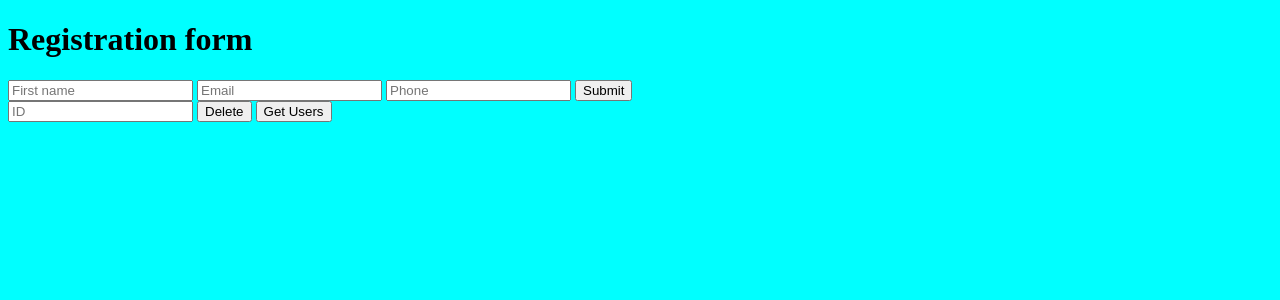
Repository: mediumrtp/CRUD
Page: index.html
The author's editor kept a copy of each file at every save. The page is drawn from the files as they stood at one save, then again after the next save.
The browser window is 1280 px wide. The pictures show the whole page.

Above is the page before, as saved 2022-11-21 11:04:56.
Console error: TypeError: Cannot read properties of null (reading 'addEventListener')

After the next save:
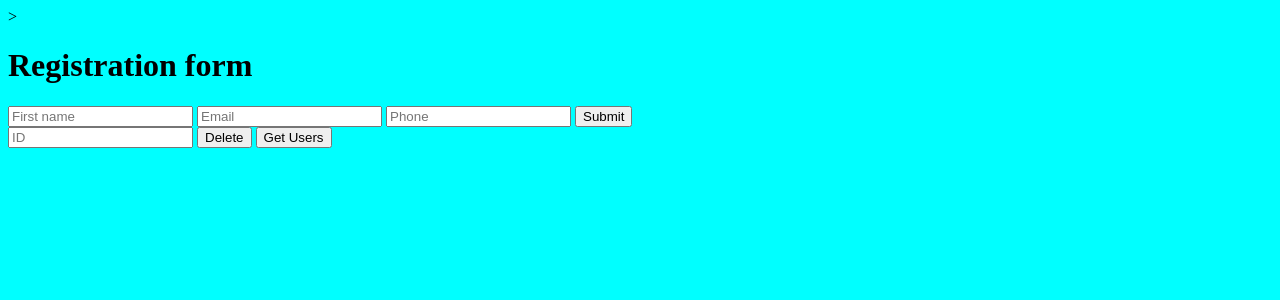
Saved 8 min 44 s later.
--- a/index.html
+++ b/index.html
@@ -5,7 +5,7 @@
     <link rel="stylesheet" type="text/css" href="css/style.css">
 </head>
 
-<body>
+<body onload="view()">>
     <h1 class="heading">Registration form</h1>
     <form class="form" action="/add_user" method="POST">
         <input type="text" name="empName" placeholder="First name" required>
